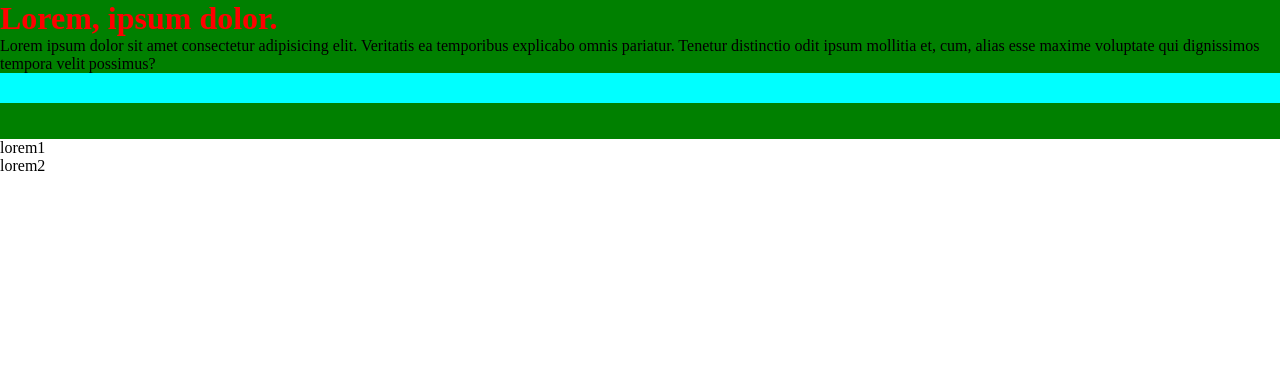
Repository: AytacSafarova/Scss-sample
Page: pages/homePage/index.html
The author's editor kept a copy of each file at every save. The page is drawn from the files as they stood at one save, then again after a run of saves.
The browser window is 1280 px wide. The pictures show the whole page.
The style sheet was rebuilt from its Sass, Less or Tailwind sources for each picture, by a compiler version that may differ from the author's.

Above is the page before, as saved 2023-11-09 14:25:08.

After the next 3 saves:
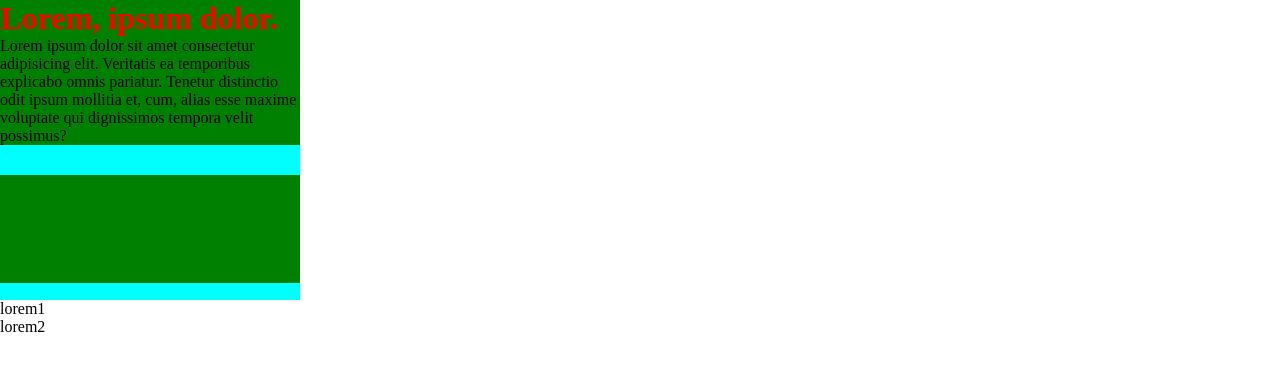
The 3 saves are shown as one change because 1 did not build or start and some came seconds apart.
The last was saved 16 s later.
--- a/pages/homePage/index.scss
+++ b/pages/homePage/index.scss
@@ -7,6 +7,7 @@ $boxColor:green;
     height: 300px;
 }
 .container {
+    @include box-size;
   background-color: aqua;
   .child {
     background-color: $boxColor;
